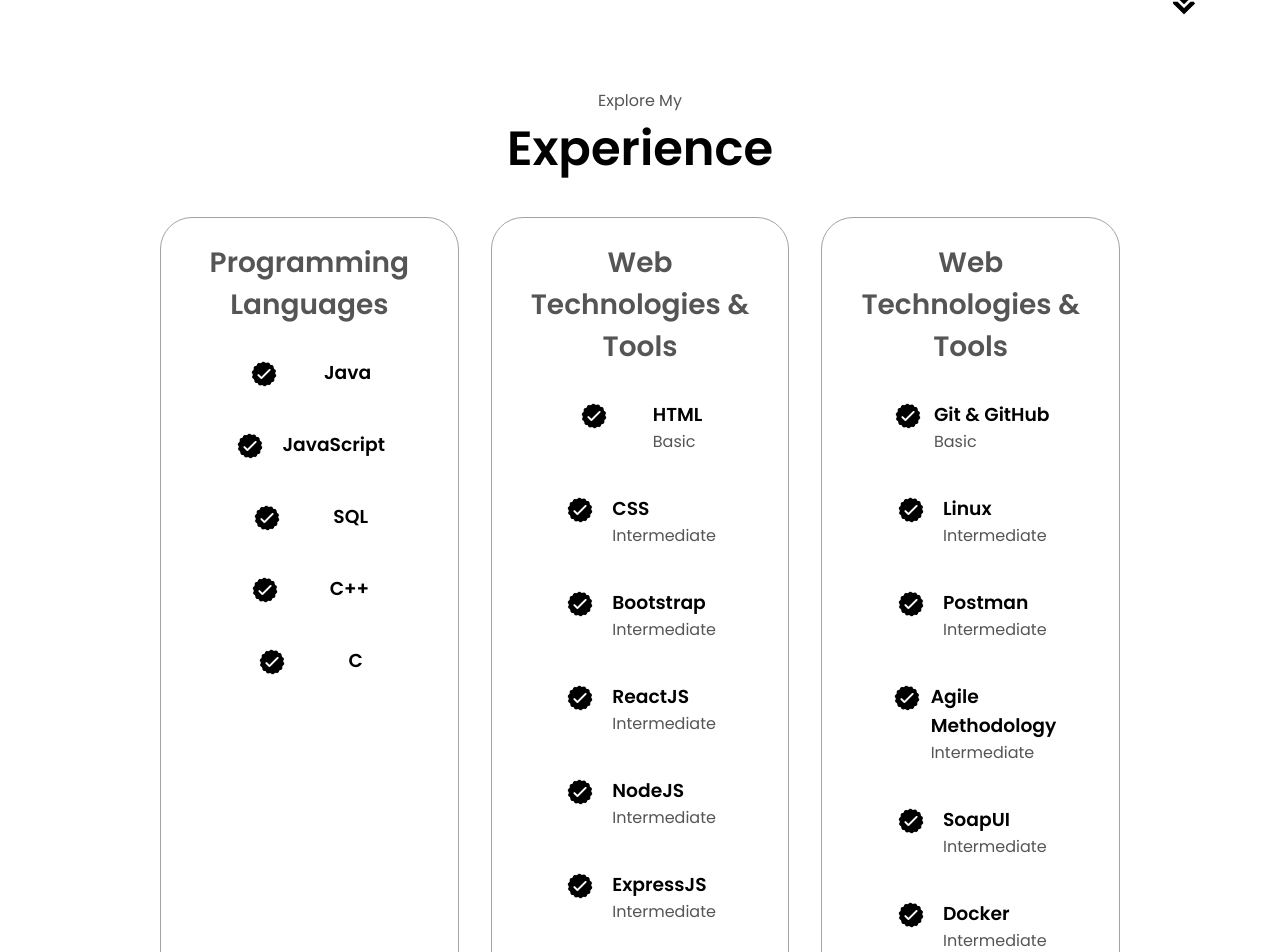
Repository: Pradnya-07/Portfolio-Pradnya
Page: index.html
An editor plug-in stored every save of this project. The page is shown before and after the next save, followed by the edit.
The browser window is 1280 px wide. The pictures show the part of the page from y = 1448 to 2400 px (the page is 4804 px tall before and 4626 px after).
A picture or video elsewhere on the page could not be fetched, so the positions and the page height are approximate.

Above is the page before, as saved 2025-04-25 12:13:15.

After the next save:
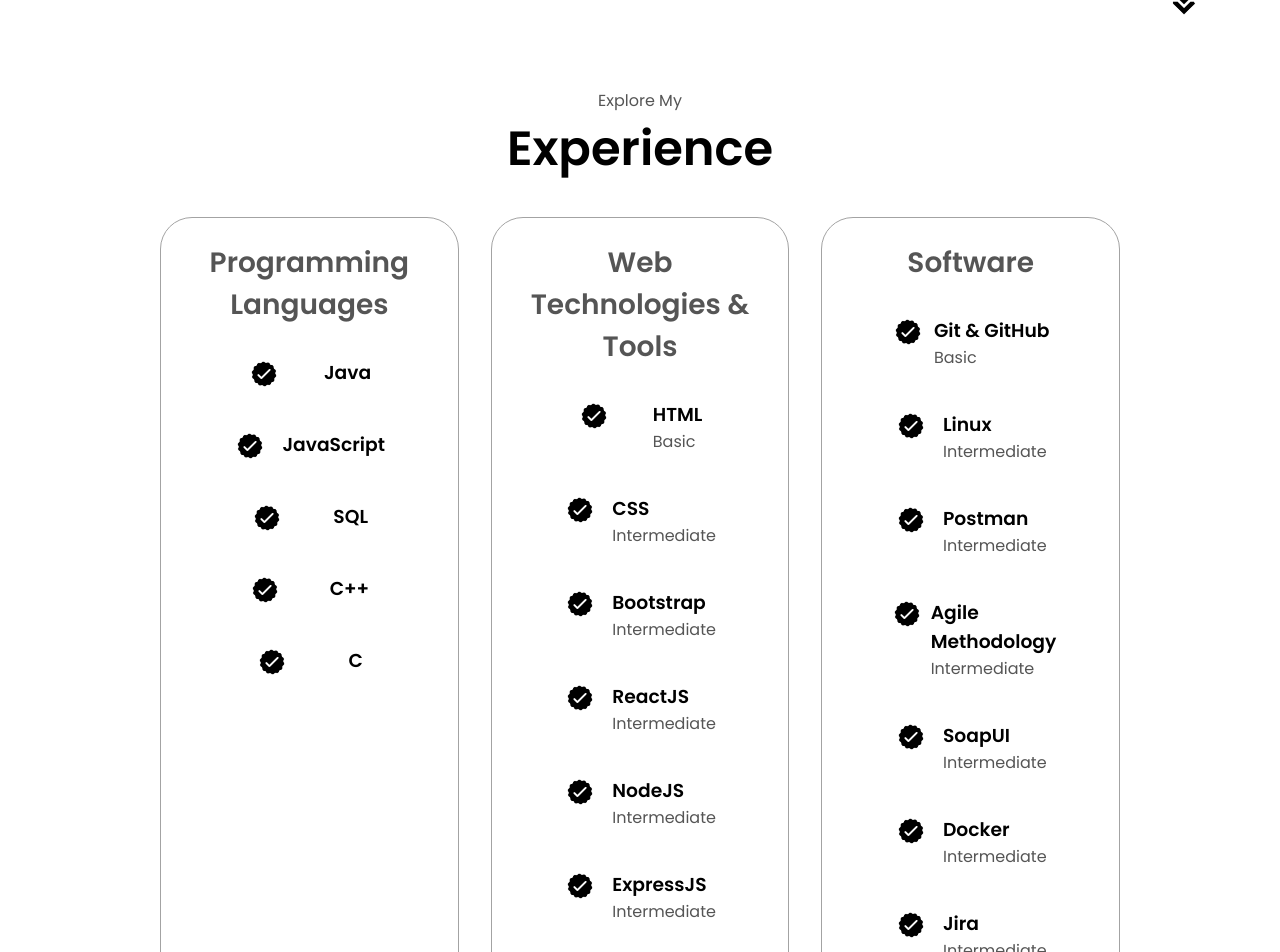
Saved 110 min 26 s later.
--- a/index.html
+++ b/index.html
@@ -254,7 +254,7 @@
           </div>
 
           <div class="details-container">
-            <h2 class="experience-sub-title">Web Technologies & Tools</h2>
+            <h2 class="experience-sub-title">Software</h2>
             <div class="article-container">
               <article>
                 <img
@@ -337,16 +337,16 @@
           </div>
 
           <div class="details-container">
-            <h2 class="experience-sub-title">Web Technologies & Tools</h2>
-            <div class="article-container">
-              <article>
-                <img
-                  src="./assets/checkmark.png"
-                  alt="Experience icon"
-                  class="icon"
-                />
-                <div>
-                  <h3>HTML</h3>
+            <h2 class="experience-sub-title">Databases</h2>
+            <div class="article-container">
+              <article>
+                <img
+                  src="./assets/checkmark.png"
+                  alt="Experience icon"
+                  class="icon"
+                />
+                <div>
+                  <h3>MySQL</h3>
                   <p>Basic</p>
                 </div>
               </article>
@@ -357,54 +357,22 @@
                   class="icon"
                 />
                 <div>
-                  <h3>CSS</h3>
-                  <p>Intermediate</p>
-                </div>
-              </article>
-              <article>
-                <img
-                  src="./assets/checkmark.png"
-                  alt="Experience icon"
-                  class="icon"
-                />
-                <div>
-                  <h3>Bootstrap</h3>
-                  <p>Intermediate</p>
-                </div>
-              </article>
-              <article>
-                <img
-                  src="./assets/checkmark.png"
-                  alt="Experience icon"
-                  class="icon"
-                />
-                <div>
-                  <h3>ReactJS</h3>
-                  <p>Intermediate</p>
-                </div>
-              </article>
-              <article>
-                <img
-                  src="./assets/checkmark.png"
-                  alt="Experience icon"
-                  class="icon"
-                />
-                <div>
-                  <h3>NodeJS</h3>
-                  <p>Intermediate</p>
-                </div>
-              </article>
-              <article>
-                <img
-                  src="./assets/checkmark.png"
-                  alt="Experience icon"
-                  class="icon"
-                />
-                <div>
-                  <h3>ExpressJS</h3>
-                  <p>Intermediate</p>
-                </div>
-              </article>
+                  <h3>Oracle</h3>
+                  <p>Intermediate</p>
+                </div>
+              </article>
+              <article>
+                <img
+                  src="./assets/checkmark.png"
+                  alt="Experience icon"
+                  class="icon"
+                />
+                <div>
+                  <h3>MongoDB</h3>
+                  <p>Intermediate</p>
+                </div>
+              </article>
+
             </div>
           </div>
 
